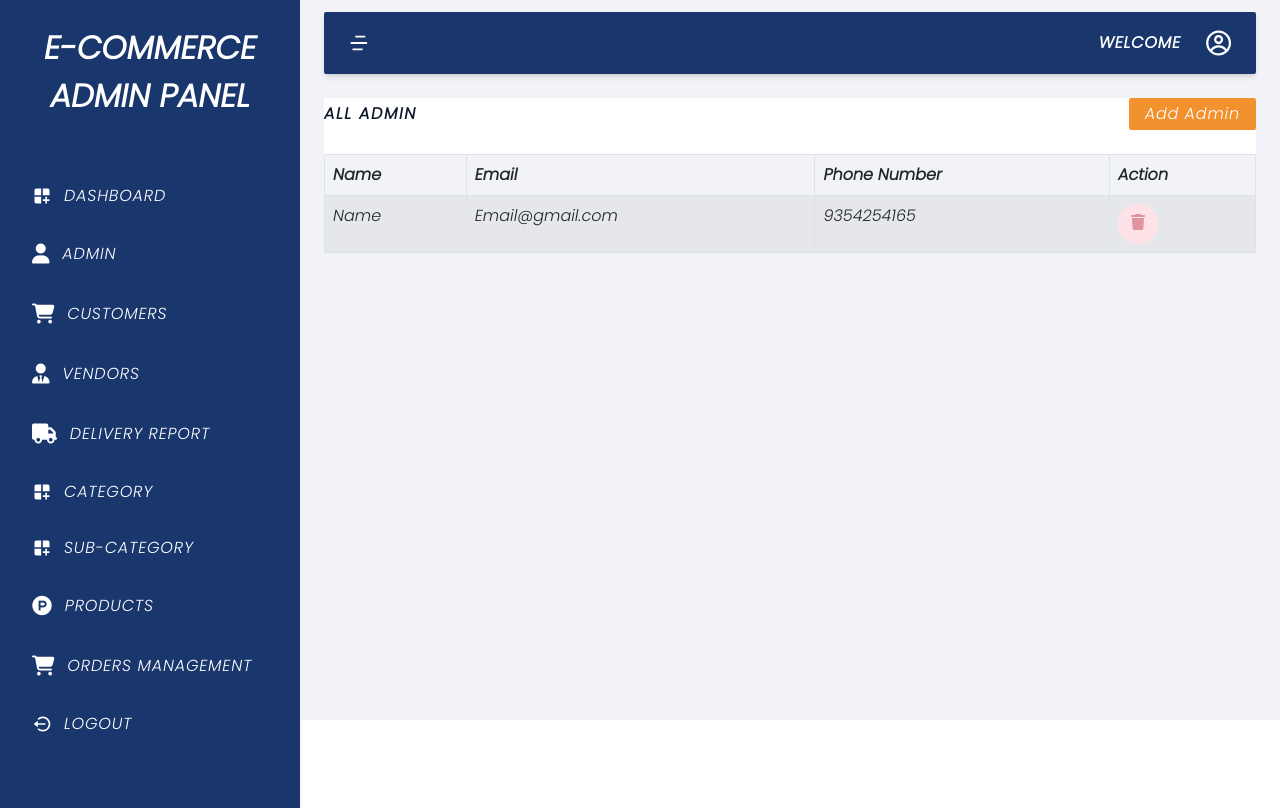
Repository: FlyweisReact/Hariom-Admin-Panel
Page: /E-Commerce/Admin
The author's editor kept a copy of each file at every save. The page is drawn from the files as they stood at one save, then again after a run of saves.
The browser window is 1280 px wide. The pictures show the whole page.
Some web libraries are served in a nearby version. The project was rebuilt for these pictures with package versions that can differ from the ones it lists, and the page was loaded fresh each time. Also part of the build but not shown: src/vendorPanel/forms/VendorLogin.jsx, src/vendorPanel/layout/Navbar.jsx, src/vendorPanel/layout/Sidebar.jsx, src/vendorPanel/layout/HOC.jsx, src/vendorPanel/pages/AdminDiscount.js, src/vendorPanel/pages/AdminReview.js, src/vendorPanel/pages/Astrologers.js, src/vendorPanel/pages/Banners.js and 32 more.

Above is the page before, as saved 2023-04-26 18:51:31.

After the next 3 saves:
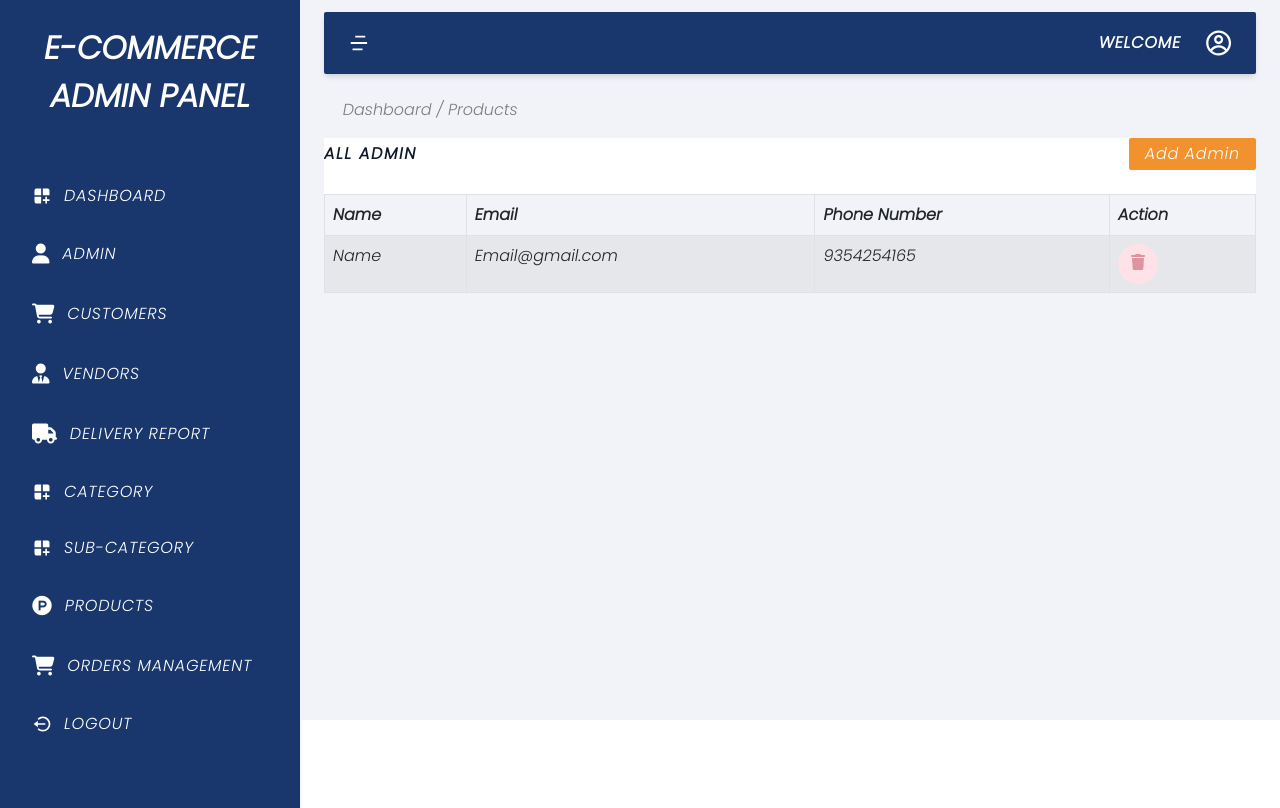
The 3 saves are shown as one change because they came seconds apart.
The last was saved 42 s later.
--- a/src/E-CommerceAdmin/pages/EAdmin.js
+++ b/src/E-CommerceAdmin/pages/EAdmin.js
@@ -55,7 +55,9 @@ const EAdmin = () => {
         onHide={() => setModalShow(false)}
       />
 
-         <section>
+
+<p className="headP">Dashboard / Products</p>
+
         <div className="pb-4 sticky top-0  w-full flex justify-between items-center bg-white">
           <span className="tracking-widest text-slate-900 font-semibold uppercase ">
             All Admin
@@ -92,7 +94,6 @@ const EAdmin = () => {
         </tbody>
       </Table>
     </div>
-        </section>
     </>
   )
 }
